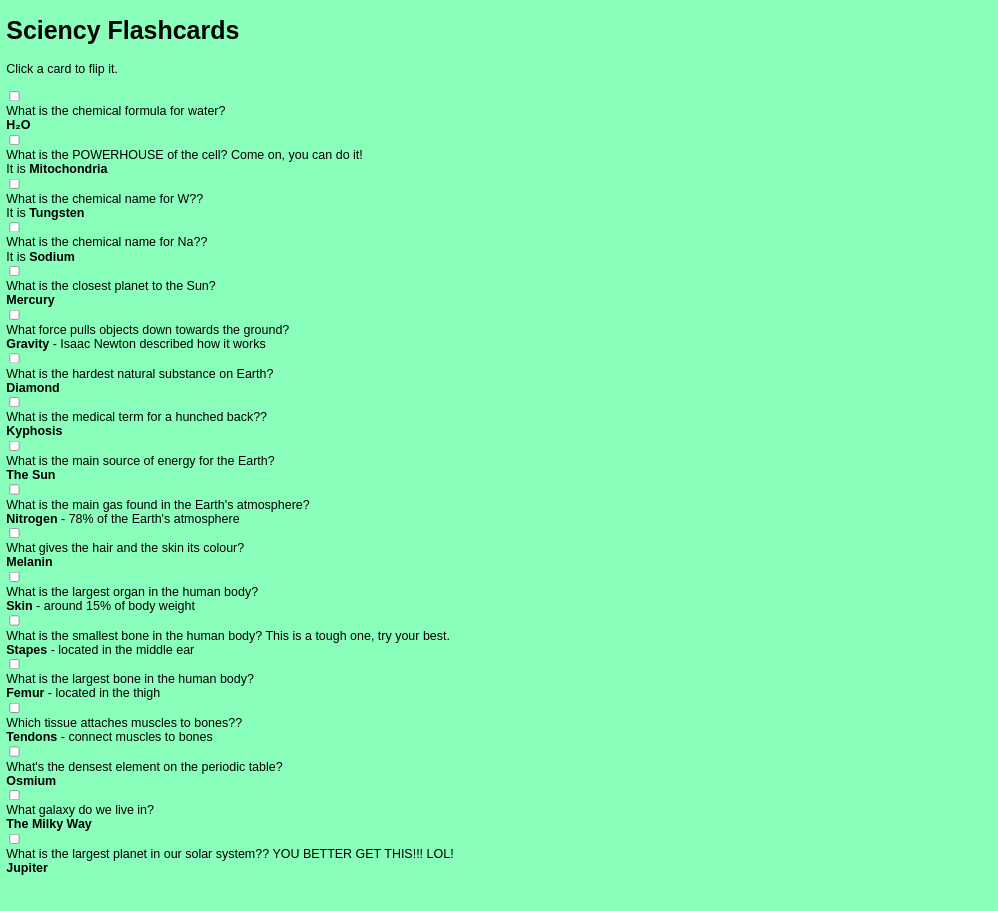
Repository: manayparikh1/ScienceFlashcards
Page: index.html
These files come from the project's save history. The page is drawn as it stood at one moment and after the next save; the edit follows.
The browser window is 1280 px wide. The pictures show the whole page, at 78% of full size.
Some web fonts or font styles are not loaded; a fallback is used.

Above is the page before, as saved 2026-10-22 22:17:47.

### index.html
<!DOCTYPE html>
<html lang="en">

<head>
    <meta charset="utf-8">
    <meta name="viewport" content="width=device-width, initial-scale=1.0">
    <title>Scientifico Flashcards</title>
    <link href="https://fonts.googleapis.com/css2?family=Comic+Neue:wght@400;700&display=swap" rel="stylesheet">
</head>

<body>

    <!-- = the html starts here = -->

    <h1>Sciency Flashcards</h1>
    <p class="hint">Click a card to flip it.</p>

    <div class="cards">

        <label class="card">
            <input type="checkbox">
            <div class="inner">
                <div class="front">What is the chemical formula for water?</div>
                <div class="back"><strong>H₂O</strong></div>
            </div>
        </label>

        <label class="card">
            <input type="checkbox">
            <div class="inner">
                <div class="front">What is the POWERHOUSE of the cell? Come on, you can do it!</div>
                <div class="back">It is <strong>Mitochondria</strong></div>
            </div>
        </label>

        <label class="card">
            <input type="checkbox">
            <div class="inner">
                <div class="front">What is the chemical name for W??</div>
                <div class="back">It is <strong>Tungsten</strong></div>
            </div>
        </label>

        <label class="card">
            <input type="checkbox">
            <div class="inner">
                <div class="front">What is the chemical name for Na??</div>
                <div class="back">It is <strong>Sodium</strong></div>
            </div>
        </label>

        <label class="card">
            <input type="checkbox">
            <div class="inner">
                <div class="front">What is the closest planet to the Sun?</div>
                <div class="back"><strong>Mercury</strong></div>
            </div>
        </label>

        <label class="card">
            <input type="checkbox">
            <div class="inner">
                <div class="front">What force pulls objects down towards the ground?</div>
                <div class="back"><strong>Gravity</strong> - Isaac Newton described how it works</div>
            </div>
        </label>

        <label class="card">
            <input type="checkbox">
            <div class="inner">
                <div class="front">What is the hardest natural substance on Earth?</div>
                <div class="back"><strong>Diamond</strong></div>
            </div>
        </label>

        <label class="card">
            <input type="checkbox">
            <div class="inner">
                <div class="front">What is the medical term for a hunched back??</div>
                <div class="back"><strong>Kyphosis</strong></div>
            </div>
        </label>

        <label class="card">
            <input type="checkbox">
            <div class="inner">
                <div class="front">What is the main source of energy for the Earth?</div>
                <div class="back"><strong>The Sun</strong></div>
            </div>
        </label>

        <label class="card">
            <input type="checkbox">
            <div class="inner">
                <div class="front">What is the main gas found in the Earth's atmosphere?</div>
                <div class="back"><strong>Nitrogen</strong> - 78% of the Earth's atmosphere</div>
            </div>
        </label>

        <label class="card">
            <input type="checkbox">
            <div class="inner">
                <div class="front">What gives the hair and the skin its colour?</div>
                <div class="back"><strong>Melanin</strong></div>
            </div>
        </label>

        <label class="card">
            <input type="checkbox">
            <div class="inner">
                <div class="front">What is the largest organ in the human body?</div>
                <div class="back"><strong>Skin</strong> - around 15% of body weight</div>
            </div>
        </label>

        <label class="card">
            <input type="checkbox">
            <div class="inner">
                <div class="front">What is the smallest bone in the human body? This is a tough one, try your best.
                </div>
                <div class="back"><strong>Stapes</strong> - located in the middle ear</div>
            </div>
        </label>

        <label class="card">
            <input type="checkbox">
            <div class="inner">
                <div class="front">What is the largest bone in the human body?</div>
                <div class="back"><strong>Femur</strong> - located in the thigh</div>
            </div>
        </label>

        <label class="card">
            <input type="checkbox">
            <div class="inner">
                <div class="front">Which tissue attaches muscles to bones??</div>
                <div class="back"><strong>Tendons</strong> - connect muscles to bones</div>
            </div>
        </label>

        <label class="card">
            <input type="checkbox">
            <div class="inner">
                <div class="front">What's the densest element on the periodic table?</div>
                <div class="back"><strong>Osmium</strong></div>
            </div>
        </label>

        <label class="card">
            <input type="checkbox">
            <div class="inner">
                <div class="front">What galaxy do we live in?</div>
                <div class="back"><strong>The Milky Way</strong></div>
            </div>
        </label>

        <label class="card">
            <input type="checkbox">
            <div class="inner">
                <div class="front">What is the largest planet in our solar system?? YOU BETTER GET THIS!!! LOL!</div>
                <div class="back"><strong>Jupiter</strong></div>
            </div>
        </label>

    </div>

    <!-- the css-->

    <style>
        body {
            background: #8affbb;
            font-family: "Comic SAans MS", cursive, sans-serif;

        }
    </style>

After the next save:
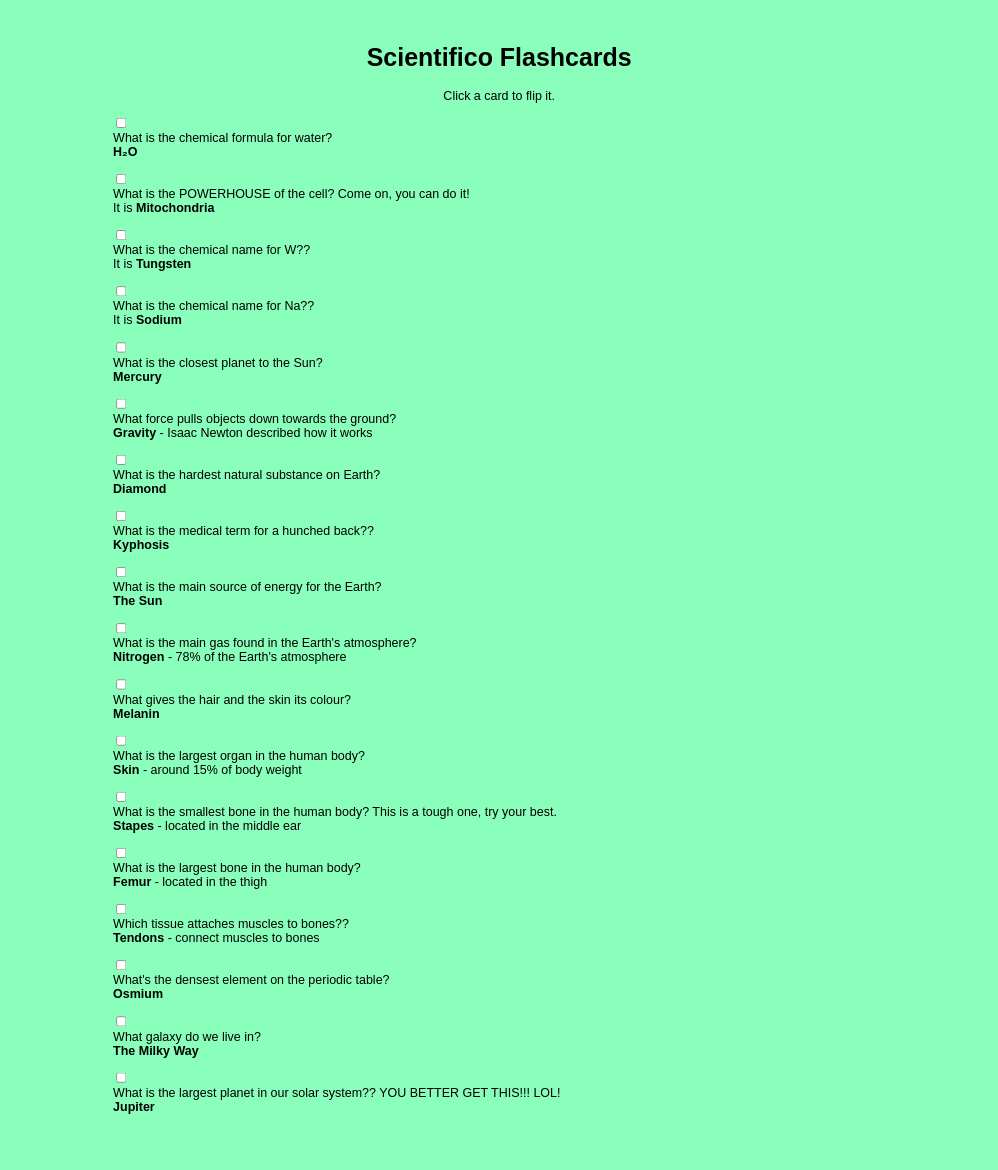
Saved 3 min 25 s later.
--- a/index.html
+++ b/index.html
@@ -12,7 +12,7 @@
 
     <!-- = the html starts here = -->
 
-    <h1>Sciency Flashcards</h1>
+    <h1>Scientifico Flashcards</h1>
     <p class="hint">Click a card to flip it.</p>
 
     <div class="cards">
@@ -170,6 +170,20 @@
         body {
             background: #8affbb;
             font-family: "Comic SAans MS", cursive, sans-serif;
+            padding: 26.3px;
+        }
 
+        h1,
+        .hint {
+            text-align: center;
+        }
+
+        /*centers middle text*/
+
+        .cards {
+            display: grid;
+            gap: 16px;
+            max-width: 990px;
+            margin: 0 auto;
         }
     </style>
